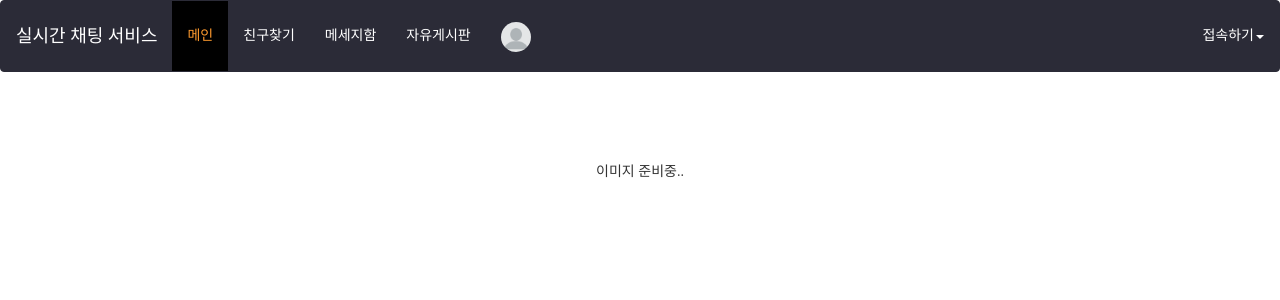
Repository: kkoseunghyun/javaAjaxChat
Page: http://localhost/UserChat/
An editor plug-in stored every save of this project. The page is shown before and after the next save, followed by the edit.
The browser window is 1280 px wide. The pictures show the whole page.
Some web fonts or font styles are not loaded; a fallback is used. Some web libraries are served in a nearby version. The page is served by Tomcat 9. Other server files are loaded and not shown. Queries for data that is not in the repository find no rows.

Above is the page before, as saved 2019-07-13 08:37:33.

### JspAjax/UserChat/WebContent/index.jsp
<%@ page language="java" contentType="text/html; charset=UTF-8" pageEncoding="UTF-8"%>
<!DOCTYPE html>
<%@ page import="user.UserDAO" %>
<%@ page import="user.UserDTO" %>
<html>
<%
	String userID = null;
	if(session.getAttribute("userID") != null){
		userID = (String) session.getAttribute("userID");
	}

	UserDAO userDAO = new UserDAO();
	//UserDTO user = userDAO.getUser(userID);
	String userProfile = userDAO.getProfile(userID); // profile의 경로를 가져오는 메서드

%>
<head>
	<meta charset="UTF-8">
	<meta name="viewport" content="width=device-width, initial-scale=1">
	<link rel="stylesheet" type="text/css" href="css/bootstrap.css">
	<link rel="stylesheet" type="text/css" href="css/custom.css?versionewg=2">
	<link rel="stylesheet" type="text/css" href="css/custom2.css?versiontff=2">
	<title>JSP Ajax 실시간 회원제 채팅 서비스</title>
	<script src="https://code.jquery.com/jquery-3.1.1.min.js"></script>
	<script src="js/bootstrap.js"></script>
	<script type="text/javascript">
		/* 상단 내비게이션 메세지함 unread 라벨 표시 */
		function getUnread() {
			$.ajax({
				type: "POST",
				url: "./chatUnread",
				data: {
					userID: encodeURIComponent('<%= userID %>'),
				},
				success: function(result) {
					if(result >= 1) {
						showUnread(result);
					} else {
						showUnread('');
					}
				}
			});
		}
		function getInfiniteUnread() {
			setInterval(function() {
				getUnread();
			}, 4000);
		}
		function showUnread(result) {
			$('#unread').html(result);
		}
	</script>
</head>
<body>
	<nav class="navbar navbar-default">
		<div class="navbar-header">
			<button type="button" class="navbar-toggle collapsed"
				data-toggle="collapse" data-target="#bs-example-navbar-collapse-1"
				aria-expanded="false">
				<span class="icon-bar"></span>
				<span class="icon-bar"></span>
				<span class="icon-bar"></span>
			</button>
			<a class="navbar-brand" href="index.jsp">실시간 채팅 서비스</a>
		</div>
		<div class="collapse navbar-collapse" id="bs-example-navbar-collapse-1">
			<ul class="nav navbar-nav">
				<li class="active"><a href="index.jsp">메인</a></li>
				<li><a href="find.jsp">친구찾기</a></li>
				<li><a href="box.jsp">메세지함<span id="unread" class="label label-info"></span></a></li>
				<li><a href="boardView.jsp">자유게시판</a></li>
				<li><a href="userStatus.jsp"><img class=".media-object img-circle" style="media-object: display:none; margin: 0 auto; max-width: 30px; max-height: 30px;" src="<%= userProfile %>"></img></a></li>
			</ul>
			<%
				if(userID == null){ // 로그인이 안된사람들에 한해 보여지는 네비게이션 바
			%>
			<ul class="nav navbar-nav navbar-right">
				<li class="dropdown">
					<a href="#" class="dropdown-toggle"
						data-toggle="dropdown" role="button" aria-haspopup="true"
						aria-expanded="false">접속하기<span class="caret"></span></a>
					<ul class="dropdown-menu">
						<li><a href="login.jsp">로그인</a></li>
						<li><a href="join.jsp">회원가입</a></li>
					</ul>
				</li>
			</ul>
			<%
				} else {
			%>
			<ul class="nav navbar-nav navbar-right">
				<li class="dropdown">
					<a href="#" class="dropdown-toggle"
						data-toggle="dropdown" role="button" aria-haspopup="true"
						aria-expanded="false">회원관리<span class="caret"></span></a>
					<ul class="dropdown-menu">
						<li><a href="update.jsp">회원정보수정</a></li>
						<li><a href="profileUpdate.jsp">프로필 사진 수정</a></li>
						<li><a href="logoutAction.jsp">로그아웃</a></li>
					</ul>
				</li>
			</ul>
			<%
				}
			%>
		</div>
	</nav>
	<div class="container">
		<div style="width:100%; height:160px; line-height:160px; text-align: center;">
			<p>이미지 준비중..</p>
		</div>
	</div>
	<%
		/*
			UserRegisterServlet.java, UserLoginServlet에서 session.setAttribute로 정의한
			messageContent,messageType 을 session.getAttribute를 통해 가져와서, 색깔셋팅 등 messageModal 설정부분
		*/
		String messageContent = null;
		if (session.getAttribute("messageContent") != null) {
			messageContent = (String) session.getAttribute("messageContent");
		}
		String messageType = null;
		if (session.getAttribute("messageType") != null) {
			messageType = (String) session.getAttribute("messageType");
		}
		if (messageContent != null) {
	%>
	<!--  messageModal -->
	<div class="modal fade" id="messageModal" tabindex="-1" role="dialog" aria-hidden="true">
		<div class="vertical-alignment-helper">
			<div class="modal-dialog vertical-align-center">
				<div class="modal-content <% if(messageType.equals("오류 메세지")) out.println("panel-warning"); else out.println("panel-success");%> ">
					<div class="modal-header panel-heading">
						<button type="button" class="close" data-dismiss="modal">
							<span aria-hidden="true">&times</span>		<!-- x버튼 -->
							<span class="sr-only">Close</span>
						</button>
						<h4 class="modal-title">
							<%= messageType %>
						</h4>
					</div>
					<div class="modal-body">
						<%= messageContent %>
					</div>
					<div class="modal-footer">
						<button type="button" class="btn btn-primary" data-dismiss="modal">확인</button>
					</div>
				</div>
			</div>
		</div>
	</div>
	<%
		session.removeAttribute("messageContent");
		session.removeAttribute("messageType");
		}
	%>
	<script>
		$('#messageModal').modal("show");
	</script>
	<%
		if(userID != null) {
	%>
		<script type="text/javascript">
			$(document).ready(function() {
				getUnread(); // 4초 안기다리고 바로 볼 수 있게 먼저해놓음
				getInfiniteUnread();
			});
		</script>
	<%
		}
	%>
</body>
</html>

### JspAjax/UserChat/src/user/UserDAO.java
package user;

import java.sql.Connection;
import java.sql.PreparedStatement;
import java.sql.ResultSet;

import javax.naming.Context;
import javax.naming.InitialContext;
import javax.sql.DataSource;

public class UserDAO {

	DataSource dataSource;

	public UserDAO() { //context.xml에서 설정한 JNDI를 이용. 이 객체는 이제 Container의 DBCP에 의해 관리된다.
		try {
			InitialContext initContext = new InitialContext();
			Context envContext = (Context) initContext.lookup("java:/comp/env");
			dataSource = (DataSource) envContext.lookup("jdbc/UserChat");
		} catch (Exception e) {
			e.printStackTrace();
		}
	}

	public int login(String userID, String userPassword) {
		Connection conn = null;
		PreparedStatement pstmt = null;
		ResultSet rs = null;
		String SQL = "SELECT * FROM USER WHERE userID = ?";
		try {
			conn = dataSource.getConnection(); // 실질적으로 커넥션풀에 접근하게 해줌
			pstmt = conn.prepareStatement(SQL);
			pstmt.setString(1, userID);
			rs = pstmt.executeQuery();
			if(rs.next()) {
				if(rs.getString("userPassword").equals(userPassword)) {
					return 1; // 로그인 성공
				}
				return 2; //비밀번호가 틀림
			} else {
				return 0; // 해당 사용자가 존재하지 않음
			}
		} catch (Exception e) {
			e.printStackTrace();
		} finally {
			try {
				if(rs != null) rs.close();
				if(pstmt != null) pstmt.close();
				if(conn != null) conn.close();
			} catch (Exception e) {
				e.printStackTrace();
			}
		}
		return -1; // 데이터베이스 오류
	}

	public int registerCheck(String userID) { // 아이디 중복체크
		Connection conn = null;
		PreparedStatement pstmt = null;
		ResultSet rs = null;
		String SQL = "SELECT * FROM USER WHERE userID = ?";
		try {
			conn = dataSource.getConnection(); // 실질적으로 커넥션풀에 접근하게 해줌
			pstmt = conn.prepareStatement(SQL);
			pstmt.setString(1, userID);
			rs = pstmt.executeQuery();
			if(rs.next() || userID.equals("")) {
				return 0; // 이미 존재하는 회원
			} else {
				return 1; // 가입 가능한 회원 아이디
			}
		} catch (Exception e) {
			e.printStackTrace();
		} finally {
			try {
				if(rs != null) rs.close();
				if(pstmt != null) pstmt.close();
				if(conn != null) conn.close();
			} catch (Exception e) {
				e.printStackTrace();
			}
		}
		return -1; // 데이터베이스 오류
	}
	/* 회원가입 메서드 */
	public int register(String userID, String userPassword, String userName, String userAge, String userGender, String userEmail, String userProfile) { // 아이디 중복체크
		Connection conn = null;
		PreparedStatement pstmt = null;
		String SQL = "INSERT INTO USER VALUES (?, ?, ?, ?, ?, ?, ?)";
		try {
			conn = dataSource.getConnection(); // 실질적으로 커넥션풀에 접근하게 해줌
			pstmt = conn.prepareStatement(SQL);
			pstmt.setString(1, userID);
			pstmt.setString(2, userPassword);
			pstmt.setString(3, userName);
			pstmt.setInt(4, Integer.parseInt(userAge));
			pstmt.setString(5, userGender);
			pstmt.setString(6, userEmail);
			pstmt.setString(7, userProfile);
			return pstmt.executeUpdate();
		} catch (Exception e) {
			e.printStackTrace();
		} finally {
			try {
				if(pstmt != null) pstmt.close();
				if(conn != null) conn.close();
			} catch (Exception e) {
				e.printStackTrace();
			}
		}
		return -1; // 데이터베이스 오류
	}

	/**
	 * 유저정보 세팅 메서드
	 * */
	public UserDTO getUser(String userID) {
		UserDTO user = new UserDTO();

		Connection conn = null;
		PreparedStatement pstmt = null;
		ResultSet rs = null;
		String SQL = "SELECT * FROM USER WHERE userID = ?";
		try {
			conn = dataSource.getConnection();
			pstmt = conn.prepareStatement(SQL);
			pstmt.setString(1, userID);
			rs = pstmt.executeQuery();
			if(rs.next()) {
				user.setUserID(userID);
				user.setUserPassword(rs.getString("userPassword"));
				user.setUserName(rs.getString("userName"));
				user.setUserAge(rs.getInt("userAge"));
				user.setUserGender(rs.getString("userGender"));
				user.setUserEmail(rs.getString("userEmail"));
				user.setUserProfile(rs.getString("userProfile"));
			}
		} catch (Exception e) {
			e.printStackTrace();
		} finally {
			try {
				if(rs != null) rs.close();
				if(pstmt != null) pstmt.close();
				if(conn != null) conn.close();
			} catch (Exception e) {
				e.printStackTrace();
			}
		}
		return user;
	}

	/**
	 * 회원정보 수정 메서드
	 * */
	public int update(String userID, String userPassword, String userName, String userAge, String userGender, String userEmail) { // 아이디 중복체크
		Connection conn = null;
		PreparedStatement pstmt = null;
		String SQL = "UPDATE user SET userPassword = ?, userName = ?, userAge = ?, userGender = ?,userEmail = ? WHERE userID = ?";
		try {
			conn = dataSource.getConnection(); // 실질적으로 커넥션풀에 접근하게 해줌
			pstmt = conn.prepareStatement(SQL);
			pstmt.setString(1, userPassword);
			pstmt.setString(2, userName);
			pstmt.setInt(3, Integer.parseInt(userAge));
			pstmt.setString(4, userGender);
			pstmt.setString(5, userEmail);
			pstmt.setString(6, userID);
			return pstmt.executeUpdate();
		} catch (Exception e) {
			e.printStackTrace();
		} finally {
			try {
				if(pstmt != null) pstmt.close();
				if(conn != null) conn.close();
			} catch (Exception e) {
				e.printStackTrace();
			}
		}
		return -1; // 데이터베이스 오류
	}

	// userProfile을 db에 업데이트 해주는 메서드
	public int profile(String userID, String userProfile) {
		Connection conn = null;
		PreparedStatement pstmt = null;
		String SQL = "UPDATE user SET userProfile = ? WHERE userID = ?";
		try {
			conn = dataSource.getConnection(); // 실질적으로 커넥션풀에 접근하게 해줌
			pstmt = conn.prepareStatement(SQL);
			pstmt.setString(1, userProfile);
			pstmt.setString(2, userID);
			return pstmt.executeUpdate();
		} catch (Exception e) {
			e.printStackTrace();
		} finally {
			try {
				if(pstmt != null) pstmt.close();
				if(conn != null) conn.close();
			} catch (Exception e) {
				e.printStackTrace();
			}
		}
		return -1; // 데이터베이스 오류
	}

	// userProfile의 경로를 가져오는 메서드
	public String getProfile(String userID) { // 아이디 중복체크
		Connection conn = null;
		PreparedStatement pstmt = null;
		ResultSet rs = null;
		String SQL = "SELECT userProfile FROM USER WHERE userID = ?";
		try {
			conn = dataSource.getConnection(); // 실질적으로 커넥션풀에 접근하게 해줌
			pstmt = conn.prepareStatement(SQL);
			pstmt.setString(1, userID);
			rs = pstmt.executeQuery();
			if(rs.next()) {
				if(rs.getString("userProfile").equals("")) { // 기본 상태의 프로필 사진
					return "http://localhost:8084/UserChat/images/icon.png";
				}
				return "http://localhost:8084/UserChat/upload/" + rs.getString("userProfile");

			}
		} catch (Exception e) {
			e.printStackTrace();
		} finally {
			try {
				if(rs != null) rs.close();
				if(pstmt != null) pstmt.close();
				if(conn != null) conn.close();
			} catch (Exception e) {
				e.printStackTrace();
			}
		}
		return "http://localhost:8084/UserChat/images/icon.png";
	}
}

### JspAjax/UserChat/WebContent/css/custom.css
@import url(http://fonts.googleapis.com/earlyaccess/nanumgothic.css);
@import url(http://fonts.googleapis.com/earlyaccess/hanna.css);
@import url(http://fonts.googleapis.com/earlyaccess/notosanskr.css);
* {
	font-family: 'Nanum Gothic';
}
h5 {
	font-family: 'Noto Sans KR';
	font-size: 15px;
	font-weight: bold;
}
h4 {
	font-family: 'Noto Sans KR';
}
h3 {
	font-family: 'Hanna';
}
h2 {
	font-family: 'Hanna';
}
h1 {
	font-family: 'Hanna';
}

/* 테이블 관련 디자인 처리 */
thead th {
	background-color: #2d1f1f;
	color: white;
	text-align: center;
}
tr td:first-child,
tr th:first-child {
	border-top-left-radius: 6px;
	border-bottom-left-radius: 6px;
}
tr td:last-child,
tr th:last-child {
	border-top-right-radius: 6px;
	border-bottom-right-radius: 6px;
}

/* 모달 팝업창 관련 디자인 처리 */
.vertical-alignment-helper {
	display: table;
	height: 100%;
	width: 100%;
	pointer-events: none;
}
.vertical-alignment-center {
	display: table-cell;
	vertical-align: middle;
	pointer-events: none;
}
.modal-content {
	width: inherit;
	height: inherit;
	margin: 0 auto;
	pointer-events: all;
}

/* 채팅창 디자인 처리 */
.portlet {
    margin-bottom: 15px;
}
.btn-white {
    border-color: #cccccc;
    color: #333333;
    background-color: #ffffff;
}
.portlet {
    border: 1px solid;
}
.portlet .portlet-heading {
    padding: 0 15px;
}
.portlet .portlet-heading h4 {
    padding: 1px 0;
    font-size: 16px;
}
.portlet .portlet-heading a {
    color: #fff;
}
.portlet .portlet-heading a:hover,
.portlet .portlet-heading a:active,
.portlet .portlet-heading a:focus {
    outline: none;
}
.portlet .portlet-widgets .dropdown-menu a {
    color: #333;
}
.portlet .portlet-widgets ul.dropdown-menu {
    min-width: 0;
}
.portlet .portlet-heading .portlet-title {
    float: left;
}
.portlet .portlet-heading .portlet-title h4 {
    margin: 10px 0;
}
.portlet .portlet-heading .portlet-widgets {
    float: right;
    margin: 8px 0;
}
.portlet .portlet-heading .portlet-widgets .tabbed-portlets {
    display: inline;
}
.portlet .portlet-heading .portlet-widgets .divider {
    margin: 0 5px;
}
.portlet .portlet-body {
    padding: 15px;
    background: #fff;
}
.portlet .portlet-footer {
    padding: 10px 15px;
    background: #e0e7e8;
}
.portlet .portlet-footer ul {
    margin: 0;
}
.portlet-green,
.portlet-green>.portlet-heading {
    border-color: #16a085;
}
.portlet-green>.portlet-heading {
    color: #fff;
    background-color: #16a085;
}
.portlet-orange,
.portlet-orange>.portlet-heading {
    border-color: #f39c12;
}
.portlet-orange>.portlet-heading {
    color: #fff;
    background-color: #f39c12;
}
.portlet-blue,
.portlet-blue>.portlet-heading {
    border-color: #2980b9;
}
.portlet-blue>.portlet-heading {
    color: #fff;
    background-color: #2980b9;
}
.portlet-red,
.portlet-red>.portlet-heading {
    border-color: #e74c3c;
}
.portlet-red>.portlet-heading {
    color: #fff;
    background-color: #e74c3c;
}
.portlet-purple,
.portlet-purple>.portlet-heading {
    border-color: #8e44ad;
}
.portlet-purple>.portlet-heading {
    color: #fff;
    background-color: #8e44ad;
}
.portlet-default,
.portlet-dark-blue,
.portlet-default>.portlet-heading,
.portlet-dark-blue>.portlet-heading {
    border-color: #34495e;
}
.portlet-default>.portlet-heading,
.portlet-dark-blue>.portlet-heading {
    color: #fff;
    background-color: #34495e;
}
.portlet-basic,
.portlet-basic>.portlet-heading {
    border-color: #333;
}
.portlet-basic>.portlet-heading {
    border-bottom: 1px solid #333;
    color: #333;
    background-color: #fff;
}
@media(min-width:768px) { /* 화면 너비 768 이하일때 적용 */
    .portlet {
        margin-bottom: 30px;
    }
}
.img-chat{
width:40px;
height:40px;
}
.text-green {
    color: #16a085;
}
.text-orange {
    color: #f39c12;
}
.text-red {
    color: #e74c3c;
}

### JspAjax/UserChat/WebContent/css/custom2.css
@import url(http://fonts.googleapis.com/earlyaccess/nanumgothic.css);
/* 전체 영역 지정 */
* {
    font-family: 'Nanum Gothic';
}
/* 전체 링크 영역 지정 */
a {
    color: #000000;
    text-decoration: none;
}
a:hover{
    color: #bbbbbb;
    text-decoration:none;
    cursor: pointer;
}

/* 네비게이션 영역 */
.navbar-default{    /* 배경 색상*/
    background-color: #2b2b37;
    border-color: #2b2b37;
}
.navbar-default .navbar-brand{ /* 내비게이션 제목 생상 */
    color: #ffffff;
    padding-top: 25px;
    font-family: 'Hanna';
}
.navbar-default .navbar-brand:hover,
.navbar-default .navbar-brand:focus{ /*내비게이션 제목에 마우스를 올렸을 때 */
    background-color: transparent;
    color: #FE9A2E;
}
.navbar-default .navbar-nav > .active > a,
.navbar-default .navbar-nav > .active > a:hover,
.navbar-default .navbar-nav > .active > a:focus{/* 현재 선택된 내비게이션 색상 이벤트 */
    color: #FE9A2E;
    background-color: #000000;
}
.navbar-default .navbar-nav > li > a { /*내비게이션 기본 글자 색상 */
	color: #ffffff;
    font-family: 'Hanna';
}
.navbar-default .navbar-nav > li > a:hover,
.navbar-default .navbar-nav > li > a:focus { /*내비게이션의 글자에 마우스를 올렸을 때 */
    color: #FE9A2E;
}
.navbar-default .navbar-nav > .open > a,
.navbar-default .navbar-nav > .open > a:hover,
.navbar-default .navbar-nav > .open > a:focus{ /* .open : 드랍다운이 열렸을 때 마우스 색상 이벤트  */
    color: #FE9A2E;
    background-color: #000000;
    text-decoration: none;
}
.navbar-default .navbar-toggle:hover,
.navbar-default .navbar-toggle:focus { /* 토글에 마우스를 올렸을 때 */
	background-color: #dddddd;
}
.navbar-default .navbar-toggle: .icon-bar { /* 토글 아이콘 바 색상 */
	background-color: #dddddd;
}

/* 미디어 쿼리 */
@media (max-width: 767px) { /* 화면 너비 767 이하일때 적용 */
    .navbar-default .navbar-nav .open .dropdown-menu > li > a {
        color: #ffffff;
    }
    .navbar-default .navbar-nav .open .dropdown-menu > li > a:hover,
    .navbar-default .navbar-nav .open .dropdown-menu > li > a:focus {
        color: #eeeeee;
    }
}
/* 네비게이션 바 길이 수정 */
.navbar-fixed-top {
	min-height: 70px;
}
.navbar-nav > li > a {
	padding-top: 0px;
	padding-bottom: 0px;
	line-height: 70px;
}
@media (max-width: 767px) { /* 화면 너비 767 이하일때 적용 */
	.navbar-default .navbar-brand {
		padding-top: 15px;
	}
	.navbar-nav > li > a {
		padding-top: 0px;
		padding-bottom: 0px;
		line-height: 40px;
	}
}

Loaded but not shown: JspAjax/UserChat/WebContent/css/bootstrap.css (library); JspAjax/UserChat/WebContent/js/bootstrap.js (library)

After the next save:
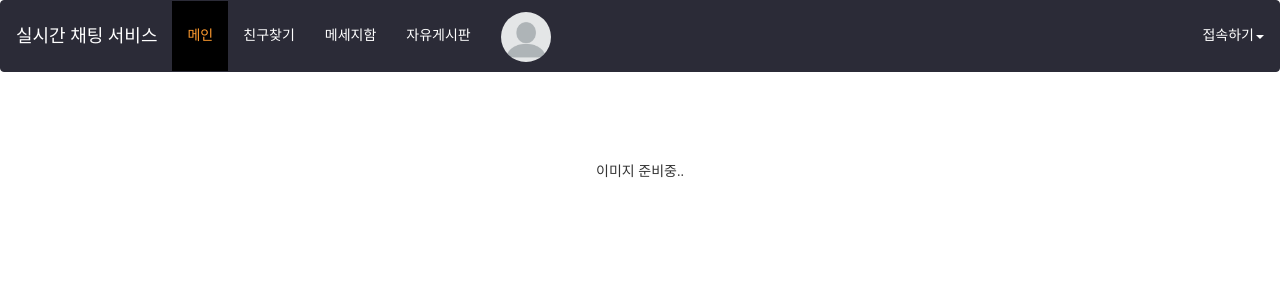
Saved 44 s later.
--- a/JspAjax/UserChat/WebContent/index.jsp
+++ b/JspAjax/UserChat/WebContent/index.jsp
@@ -69,7 +69,7 @@
 				<li><a href="find.jsp">친구찾기</a></li>
 				<li><a href="box.jsp">메세지함<span id="unread" class="label label-info"></span></a></li>
 				<li><a href="boardView.jsp">자유게시판</a></li>
-				<li><a href="userStatus.jsp"><img class=".media-object img-circle" style="media-object: display:none; margin: 0 auto; max-width: 30px; max-height: 30px;" src="<%= userProfile %>"></img></a></li>
+				<li><a href="userStatus.jsp"><img class=".media-object img-circle" style="media-object: display:none; margin: 0 auto; max-width: 50px; max-height: 50px;" src="<%= userProfile %>"></img></a></li>
 			</ul>
 			<%
 				if(userID == null){ // 로그인이 안된사람들에 한해 보여지는 네비게이션 바
